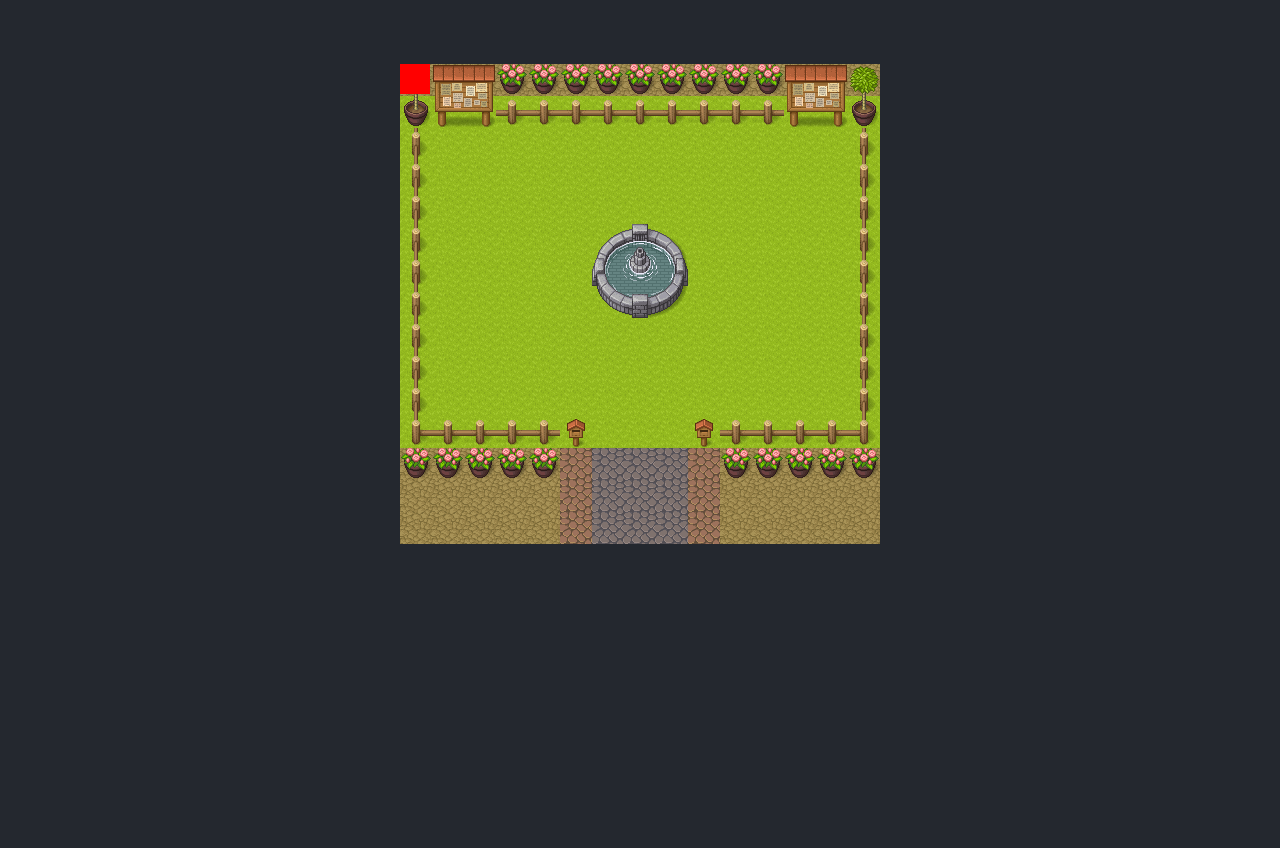
Repository: guilhermecardoso93/rpg-react
Page: /
These files come from the project's save history. The page is drawn as it stood at one moment and after the next save; the edit follows.
The browser window is 1280 px wide. The pictures show the whole page.
The project was rebuilt for these pictures with package versions that can differ from the ones it lists, and the page was loaded fresh each time.

Above is the page before, as saved 2022-11-15 21:28:41.

### src/index.tsx
import React from 'react';
import ReactDOM from 'react-dom/client';
import {App} from './App';
import { GlobalStyle } from './App.styles';
import reportWebVitals from './reportWebVitals';

const root = ReactDOM.createRoot(
  document.getElementById('root') as HTMLElement
);
root.render(
  <React.StrictMode>
    <GlobalStyle/>
    <App />
  </React.StrictMode>
);

// If you want to start measuring performance in your app, pass a function
// to log results (for example: reportWebVitals(console.log))
// or send to an analytics endpoint. Learn more: https://bit.ly/CRA-vitals
reportWebVitals();

### src/App.tsx
import React from 'react';
import { Container, Map } from './App.styles';
import { Character } from './componets/Character';


export function App() {
  return (
    <Container>
      <Map>
        <Character x={30} y={30}/>
      </Map>
    </Container>
  );
}

### src/App.styles.ts
import styled, { createGlobalStyle } from "styled-components";

export const GlobalStyle = createGlobalStyle`
  * {
    box-sizing: border-box;
    margin: 0;
    padding: 0;
  }

  body {
    background-color: #24282f;
  }
`;

export const Container = styled.div`
  min-height: 100vh;
  color: #fff;
  display: flex;
  justify-content: center;
  margin: 4rem;
`;

export const Map = styled.div`
  background-image: url("/assets/map.png");
  background-position: left top;
  background-size: cover;
  width: 480px;
  height: 480px;
`;

### src/componets/Character/index.tsx
import { Container } from './styles';

type CharacterProps = {
  x: number,
  y: number,
}


export function Character({x, y}: CharacterProps) {
  const size = 30

  return (
    <Container
      left={x * size}
      top={ y * size}
      size={size}
    >

    </Container>
  );
}

### src/componets/Character/styles.ts
import styled from "styled-components";

export const Container = styled.div<{left: number, top: number, size: number}>`
  width: 30px;
  height: 30px;
  background-color: red;
`;

Loaded but not shown: public/index.html (common file); src/reportWebVitals.ts (common file)

After the next save:
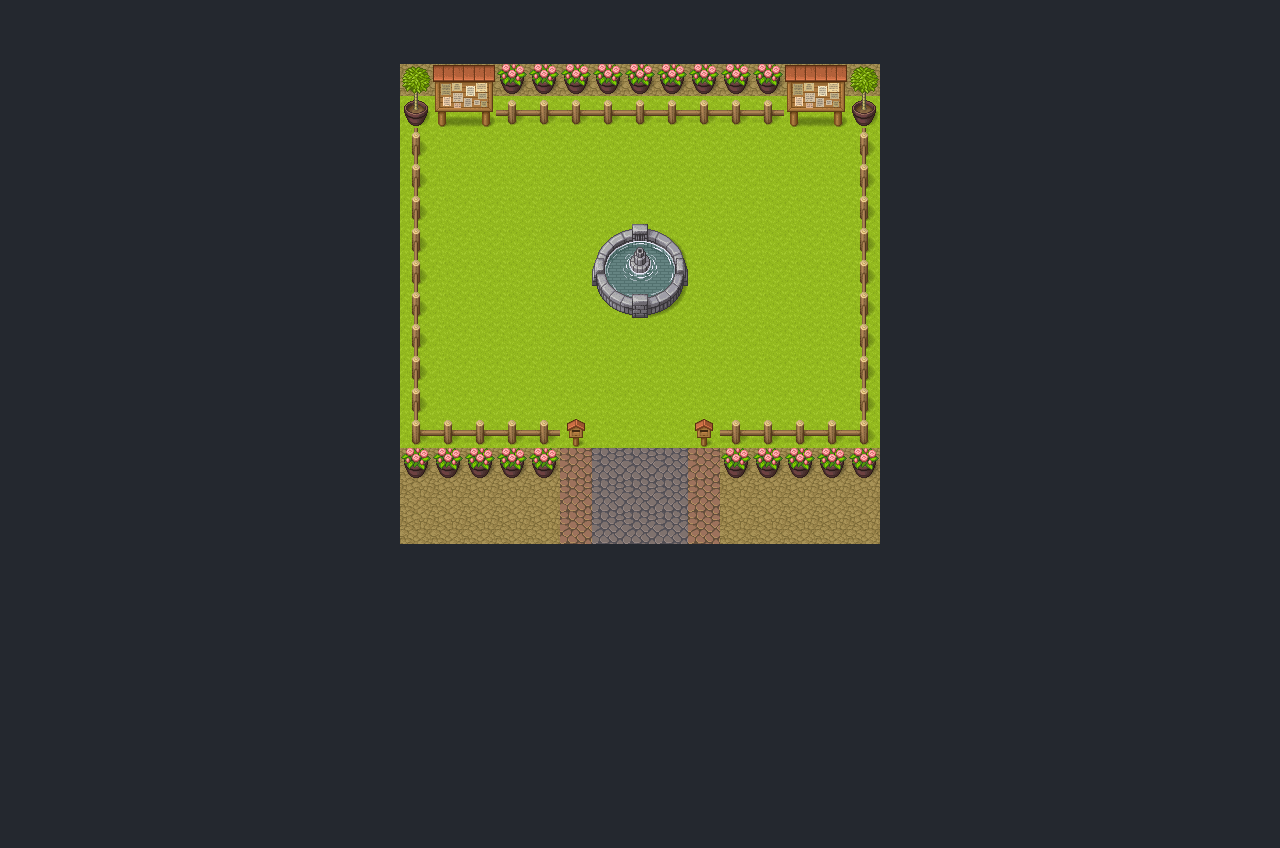
Saved 57 s later.
--- a/src/componets/Character/styles.ts
+++ b/src/componets/Character/styles.ts
@@ -1,7 +1,10 @@
 import styled from "styled-components";
 
 export const Container = styled.div<{left: number, top: number, size: number}>`
-  width: 30px;
-  height: 30px;
+  width: ${props => props.size};
+  height: ${props => props.size};
+  position: absolute;
+  left: ${props => props.left}px;
+  top: ${props => props.top}px;
   background-color: red;
 `;
